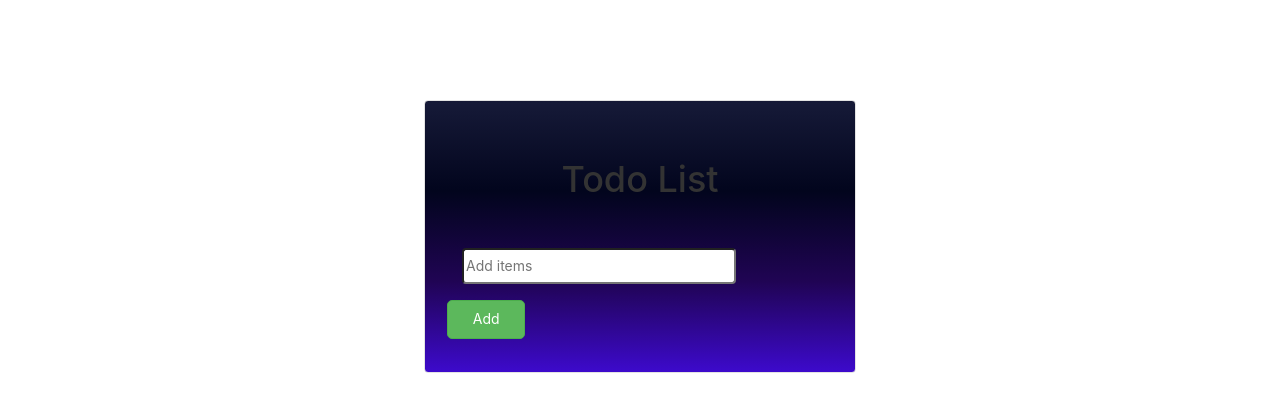
Repository: arpana23/Todo-list
Page: /
An editor plug-in stored every save of this project. The page is shown before and after the next save, followed by the edit.
The browser window is 1280 px wide. The pictures show the whole page.
Some web libraries are served in a nearby version. The project was rebuilt for these pictures with package versions that can differ from the ones it lists, and the page was loaded fresh each time. Also part of the build but not shown: src/Todolist.js.

Above is the page before, as saved 2021-04-15 17:40:33.

### public/index.html
<!DOCTYPE html>
<html lang="en">
  <head>
    <meta charset="utf-8" />
    <link rel="icon" href="%PUBLIC_URL%/favicon.ico" />
    <meta name="viewport" content="width=device-width, initial-scale=1" />
    <meta name="theme-color" content="#000000" />
    <meta
      name="description"
      content="Web site created using create-react-app"
    />
    <link rel="apple-touch-icon" href="%PUBLIC_URL%/logo192.png" />
    <!--
      manifest.json provides metadata used when your web app is installed on a
      user's mobile device or desktop. See https://developers.google.com/web/fundamentals/web-app-manifest/
    -->
    <script src="https://kit.fontawesome.com/94ade1d1ca.js" crossorigin="anonymous"></script>
    <link rel="manifest" href="%PUBLIC_URL%/manifest.json" />
    <!-- Latest compiled and minified CSS -->
    <link rel="stylesheet" href="https://maxcdn.bootstrapcdn.com/bootstrap/3.4.1/css/bootstrap.min.css">

    <!-- jQuery library -->
    <script src="https://ajax.googleapis.com/ajax/libs/jquery/3.5.1/jquery.min.js"></script>

    <!-- Latest compiled JavaScript -->
    <script src="https://maxcdn.bootstrapcdn.com/bootstrap/3.4.1/js/bootstrap.min.js"></script>
    <!--
      Notice the use of %PUBLIC_URL% in the tags above.
      It will be replaced with the URL of the `public` folder during the build.
      Only files inside the `public` folder can be referenced from the HTML.

      Unlike "/favicon.ico" or "favicon.ico", "%PUBLIC_URL%/favicon.ico" will
      work correctly both with client-side routing and a non-root public URL.
      Learn how to configure a non-root public URL by running `npm run build`.
    -->
    <title>React App</title>
  </head>
  <body>
    <noscript>You need to enable JavaScript to run this app.</noscript>
    <div id="root"></div>
    <!--
      This HTML file is a template.
      If you open it directly in the browser, you will see an empty page.

      You can add webfonts, meta tags, or analytics to this file.
      The build step will place the bundled scripts into the <body> tag.

      To begin the development, run `npm start` or `yarn start`.
      To create a production bundle, use `npm run build` or `yarn build`.
    -->
  </body>
</html>

### src/App.js
import React, { useState } from 'react';
import Todolist from './Todolist';
import './App.css';

const App = () => {


  const [inputItem , setInputItem] = useState("");
  const [itemList , setItemList] = useState([]);

  const handleChange = (e) => {
    setInputItem(e.target.value);
  }

  const addItems = (e) => {
    e.preventDefault();
    setItemList((olditems) => {
      return [...olditems, inputItem];
    });
    setInputItem("");
  }

  const updateItem = (id) => {
    let item =  itemList.map((olditems,index,data) => {
      if(index === id) {
        setInputItem(data.splice(index,1));
        olditems = !olditems;
      }
      return [olditems];
      }
    )
    return item;
  }

  const deleteItem = (id) => {
    setItemList((olditems) => {
      return olditems.filter((arrElement,index) => {
        return index !== id;
        // if(index !== id) {
        //   return [...arrElement];
        // }
      })
    })
  }


 return (
  <>
    <div className="main-container">
      <div className="flex-container">
        <div className="well">
          <br />
            <h1 className="title text-center">Todo List</h1>
          <br />
          <div>
            <input type="text" className="addInput" max="10" min="1" placeholder="Add items" value={inputItem} onChange={handleChange}/>
            <button type="submit" className={`btn text-center ${setInputItem !== '' ? 'btn-success' : 'btn-success text-blur'}`}   onClick={addItems}> Add </button>
            <ul className="list-group">
              {
                itemList.map((data,index) => {
                  return <Todolist
                  key= {index}
                  id= {index}
                  list= {data}
                  onEdit= {updateItem}
                  onSelect= {deleteItem}
                  />
                })
              }
            </ul>
          </div>
        </div>
      </div>
    </div>

  </>
 )
}

export default App;

### src/App.css
.App {
  text-align: center;
}

.main-container {
  display: flex;
  flex-direction: column;
  justify-content: center;
}

.flex-container {
  display: flex;
  flex-direction: column;
  align-items: center;
  margin: 100px;
}

.well {
  background-image: linear-gradient(rgb(22, 26, 56),rgb(2, 5, 29),rgb(32, 4, 84),rgb(61, 10, 204));
  width: 40%;
}

.addInput {
  margin: 18px;
  width: 70%;
  height: 5vh;
  border-radius: 4px;

  /* margin-left: 4px; */
}

.btn {
  margin: 3px;
  width: 20%;
  height: 5.5vh;
  border-radius: 5px;
  margin-top: -2px;
}

.list-group {
  margin: 11px;
}

.mylist {
  /* border: 1px solid black; */
  margin-top: 10px;
  margin-bottom: 10px;
  text-align: justify;
  /* border-radius: 7px; */
}

.list-group-item {
  word-wrap: break-word;
}

.my-text {
  margin-right: 3px;
  word-wrap: break-word;
}

.ed-del {
  display: flex;
  flex-direction: row;
  margin-top: -20px;
  justify-content: flex-end;
  align-items: center;
  /* position: relative;
  right: 0px; */
}

.fas {
  font-size: 20px;
  margin: 3px;
  display: flex;
  flex-direction: row;
  /* margin: 7px; */
  align-items: center;
}

Loaded but not shown: src/index.js (common file); src/index.css (common file); src/reportWebVitals.js (common file)

After the next save:
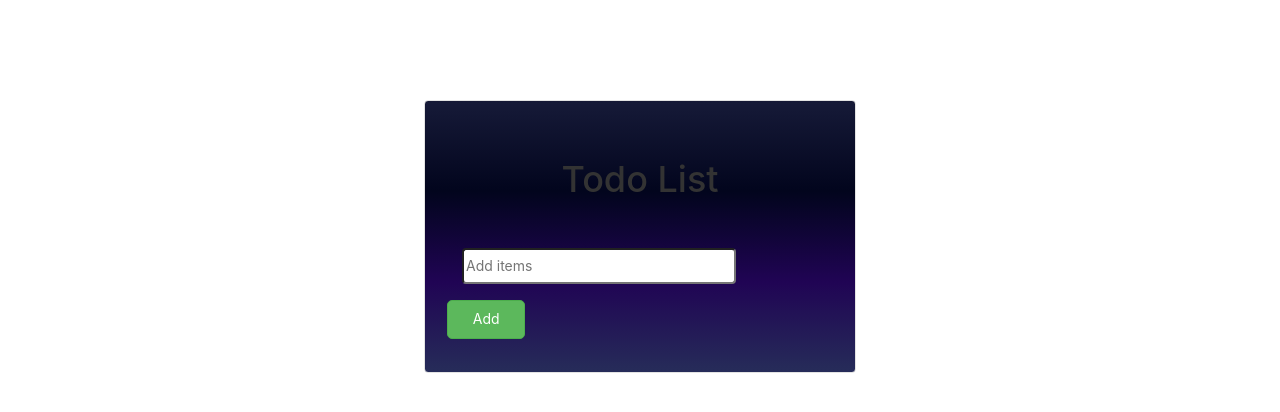
Saved 4 min 48 s later.
--- a/src/App.css
+++ b/src/App.css
@@ -16,7 +16,7 @@
 }
 
 .well {
-  background-image: linear-gradient(rgb(22, 26, 56),rgb(2, 5, 29),rgb(32, 4, 84),rgb(61, 10, 204));
+  background-image: linear-gradient(rgb(22, 26, 56),rgb(2, 5, 29),rgb(32, 4, 84),rgb(38, 44, 89));
   width: 40%;
 }
 
